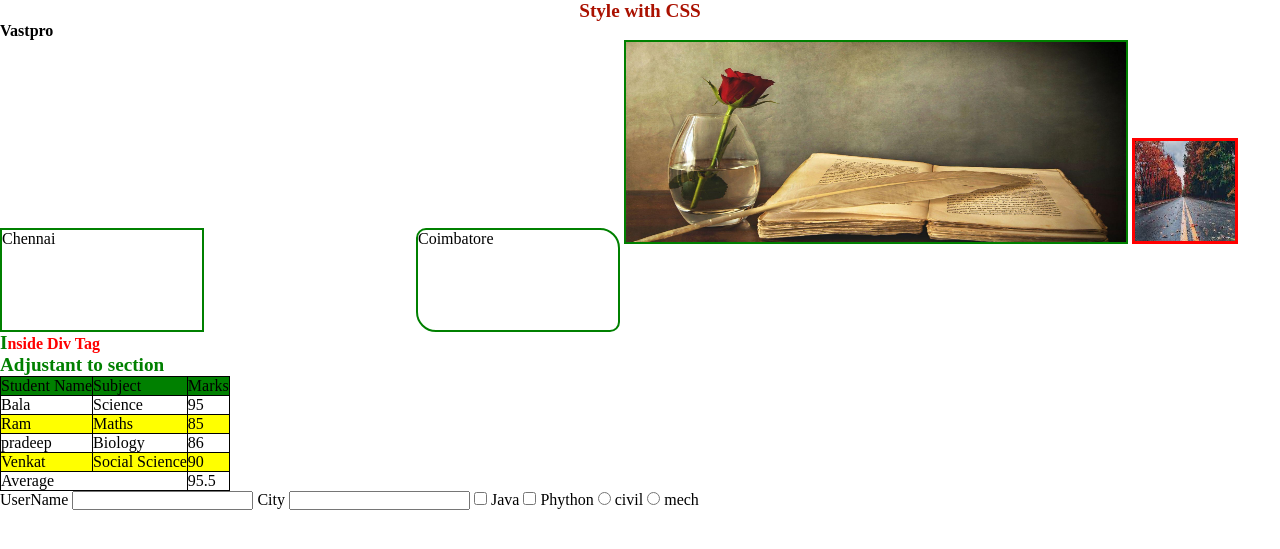
Repository: Balamurugan1914/crud_operation_without_db
Page: http://localhost/CSS_EXAMPLE/
An editor plug-in stored every save of this project. The page is shown before and after the next save, followed by the edit.
The browser window is 1280 px wide. The pictures show the whole page.
The page is served by Tomcat 9.

Above is the page before, as saved 2022-06-27 06:51:18.

After the next save:
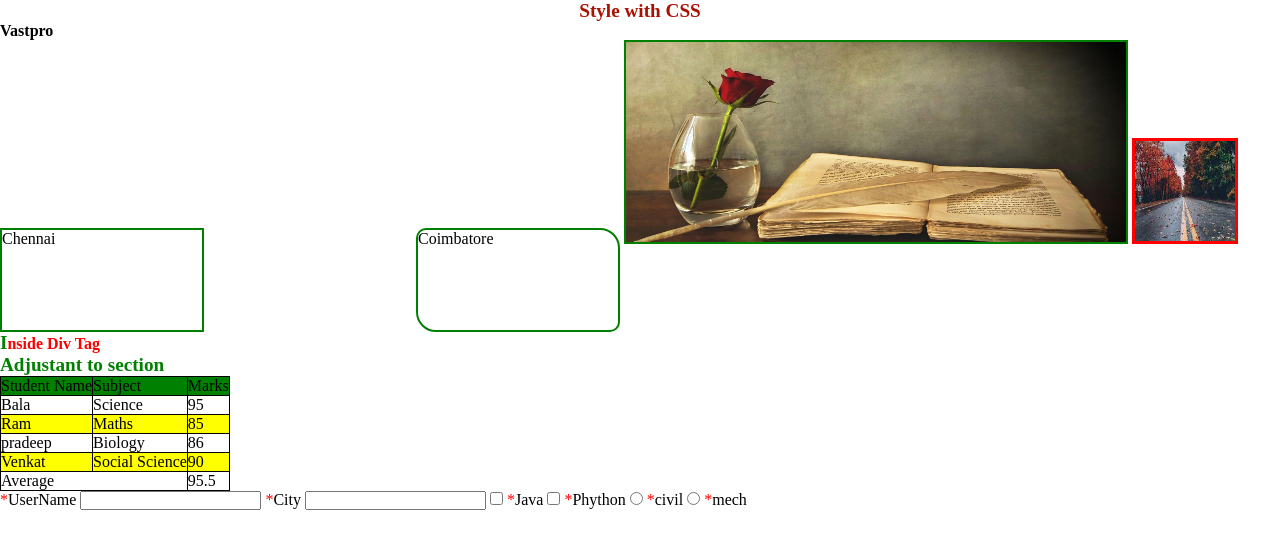
Saved 41 s later.
--- a/CSS_EXAMPLE/src/main/webapp/Style/sample.css
+++ b/CSS_EXAMPLE/src/main/webapp/Style/sample.css
@@ -86,7 +86,7 @@
 	font-family: cursive;
 	font-size: 1.2em;
 	color: green;
-	content: "*"
+
 
 }
 
@@ -151,7 +151,7 @@
 
 }
 
-#city::before{
+label::before{
 
 	content: "*";
 	color: red;

After the save that followed:
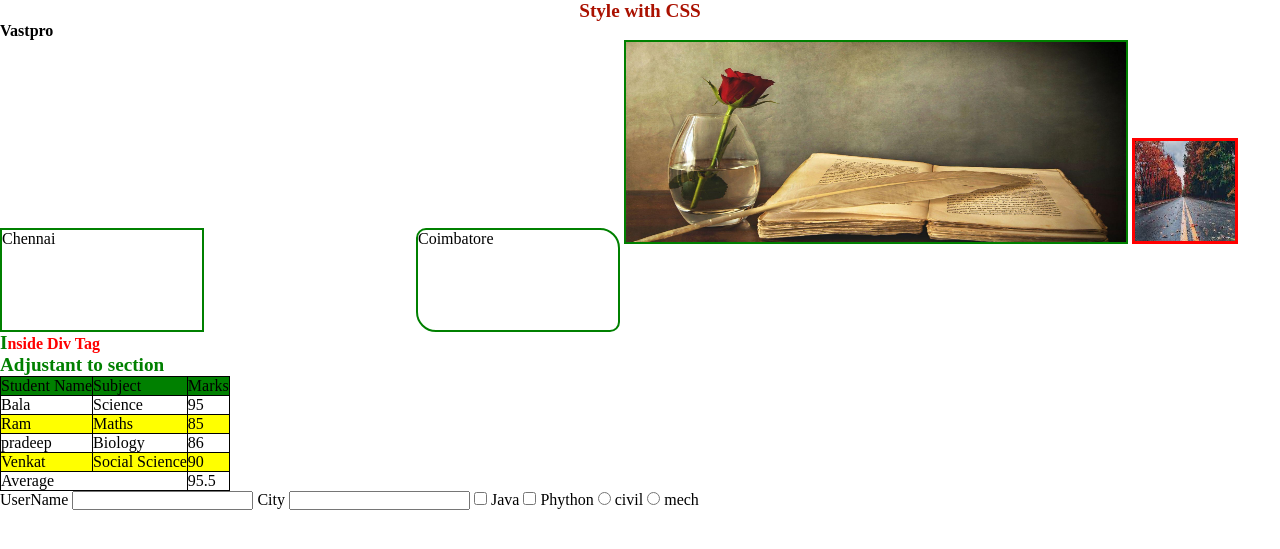
Saved 89 s later.
--- a/CSS_EXAMPLE/src/main/webapp/Style/sample.css
+++ b/CSS_EXAMPLE/src/main/webapp/Style/sample.css
@@ -151,7 +151,7 @@
 
 }
 
-label::before{
+input[type='text']:before+label{
 
 	content: "*";
 	color: red;
